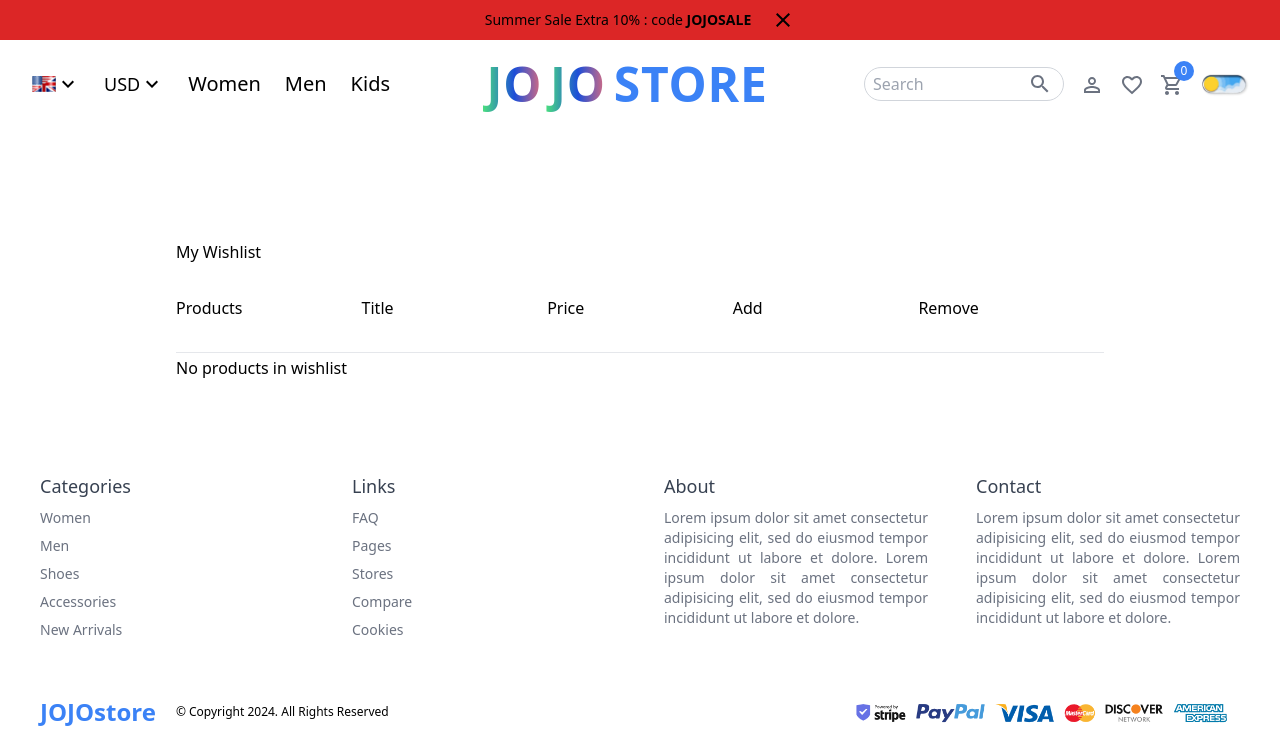
Repository: AiTrinh303/JOJO-STORE
Page: /wishlists
These files come from the project's save history. The page is drawn as it stood at one moment and after the next save; the edit follows.
The browser window is 1280 px wide. The pictures show the whole page.
The project was rebuilt for these pictures with package versions that can differ from the ones it lists, and the page was loaded fresh each time. Also part of the build but not shown: vite.config.js, src/components/Cart.jsx, src/components/Form.jsx, src/components/Slider/Slide1.jsx, src/components/Slider/Slide2.jsx, src/components/Slider/Slide3.jsx, src/components/Slider/Slider.scss, src/components/Slider/Slider.jsx and 23 more.

Above is the page before, as saved 2024-06-14 09:35:14.

After the next save:
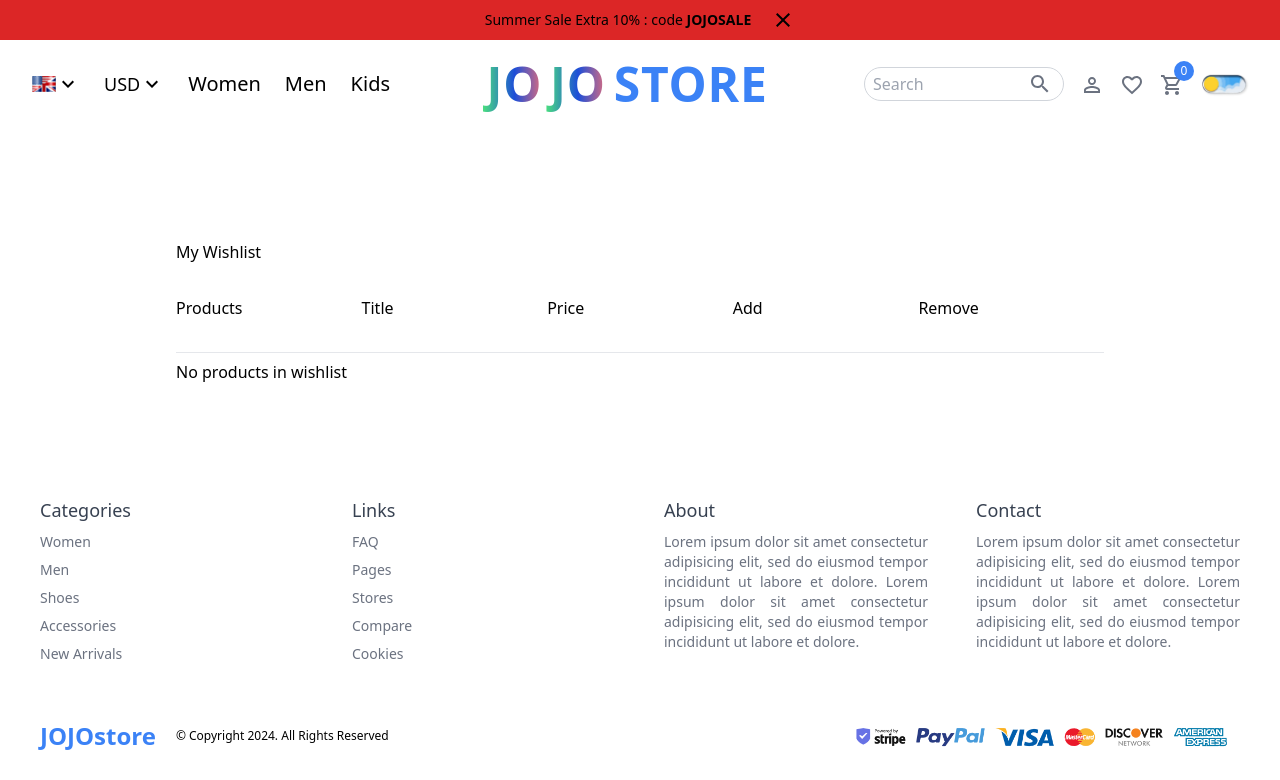
Saved 6 s later.
--- a/src/pages/Wishlists.jsx
+++ b/src/pages/Wishlists.jsx
@@ -20,7 +20,7 @@ const Wishlists = () => {
       <hr className="h-1"/>
 
       {wishlist.length === 0 ? (
-        <p className="h-1">No products in wishlist</p>
+        <p className="my-1">No products in wishlist</p>
       ) : (
         console.log(wishlist),
         wishlist.map((product) => (
